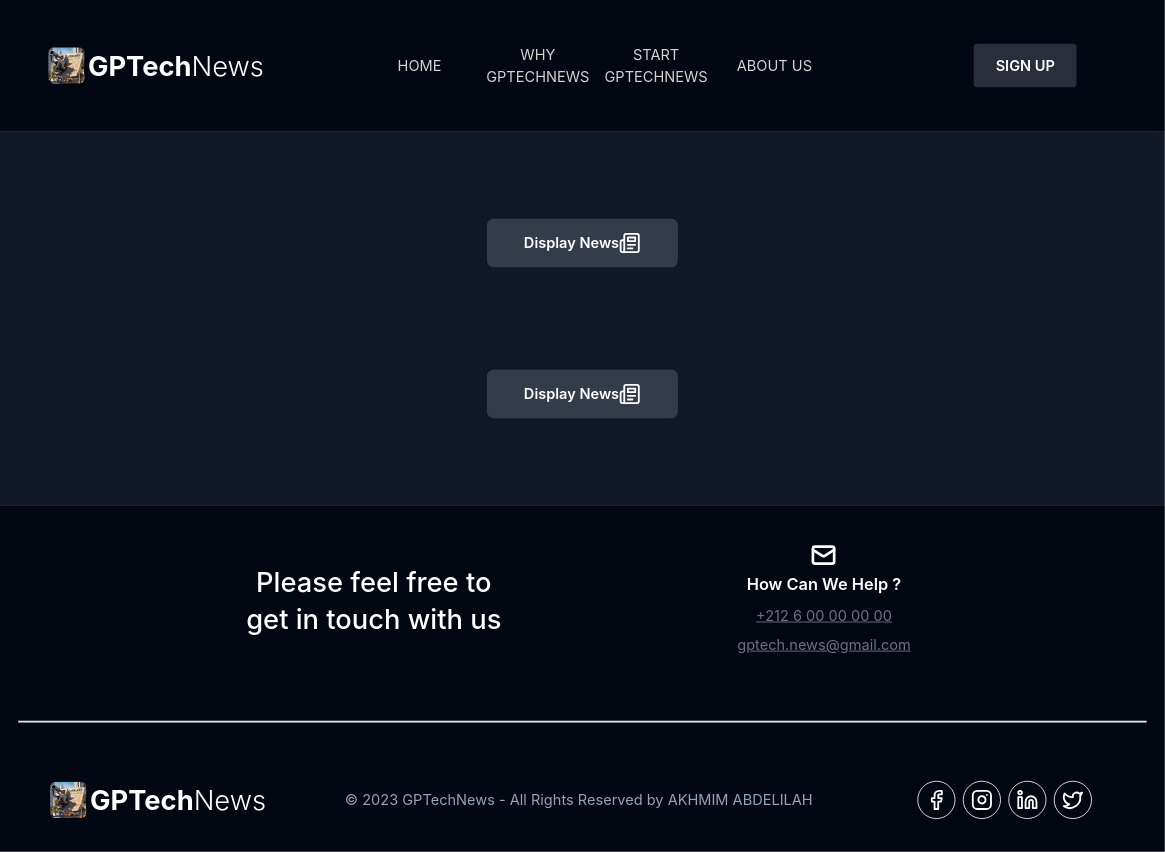
Repository: Lablab-me-Hackathon/gptech-news-frontend
Page: /
An editor plug-in stored every save of this project. The page is shown before and after the next save, followed by the edit.
The browser window is 1280 px wide. The pictures show the whole page, at 91% of full size.
The project was rebuilt for these pictures with package versions that can differ from the ones it lists, and the page was loaded fresh each time. Also part of the build but not shown: vite.config.js.

Above is the page before, as saved 2023-08-05 17:22:15.

After the next save:
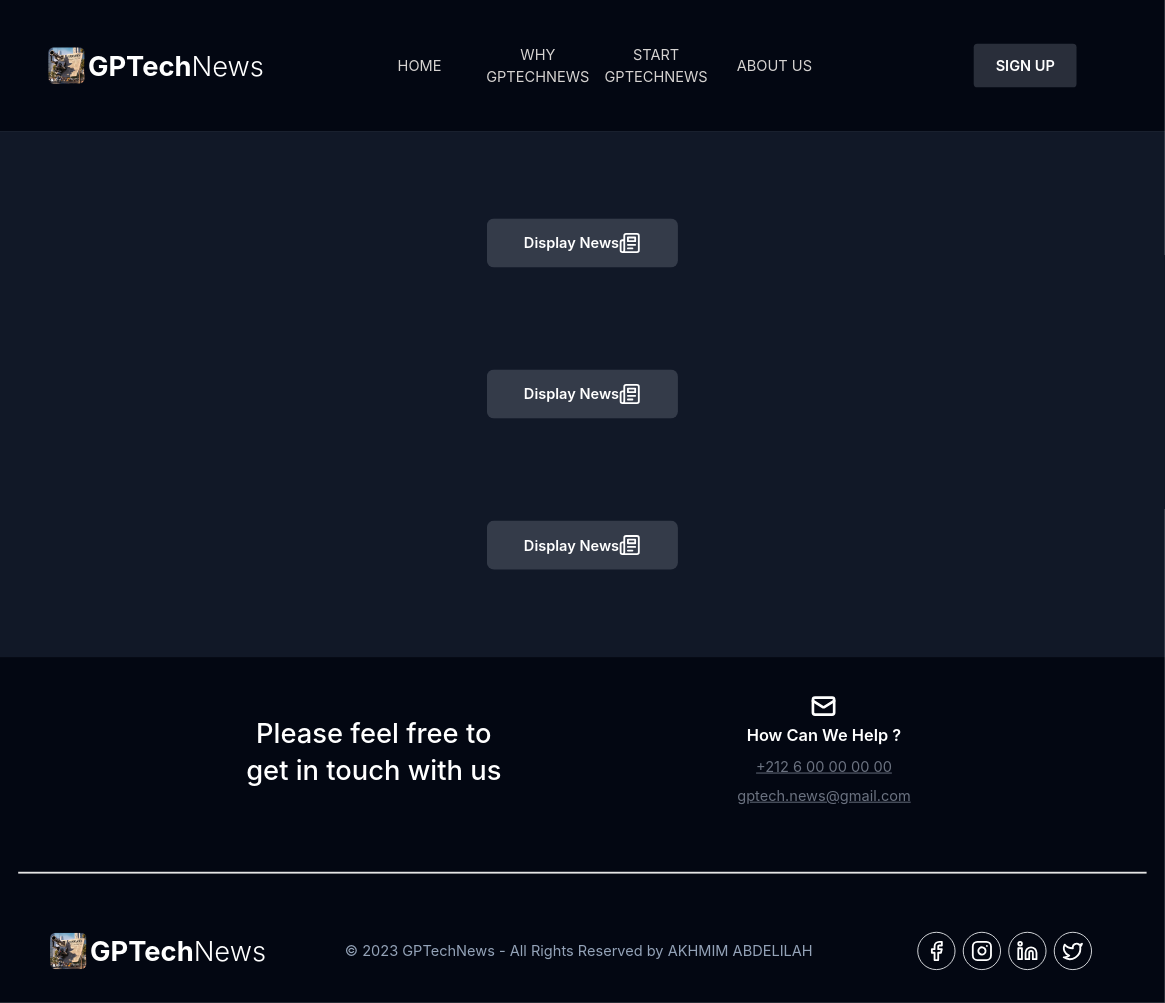
Saved 5 s later.
--- a/src/components/Main.jsx
+++ b/src/components/Main.jsx
@@ -19,7 +19,13 @@
             <Button />
           </div>
 
-      </div>
+      </div><div className="w-full flex-box">
+
+        <div className="flex-box flex-col">
+          <Button />
+        </div>
+
+    </div>
     </div>
   );
 }
